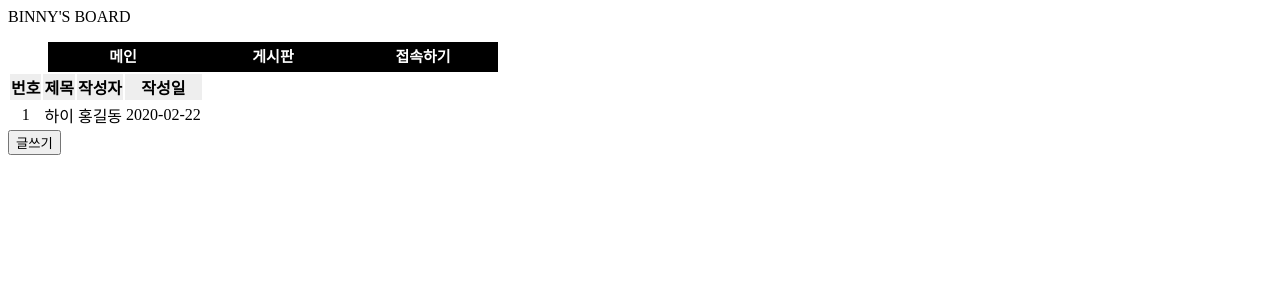
Repository: myunbongs/JSP_study
Page: http://localhost/BBS/bbs.jsp
The author's editor kept a copy of each file at every save. The page is drawn from the files as they stood at one save, then again after the next save.
The browser window is 1280 px wide. The pictures show the whole page.
The page is served by Tomcat 9. Other server files are loaded and not shown. Queries for data that is not in the repository find no rows.

Above is the page before, as saved 2021-02-24 11:51:13.

### JSP/projects/BBS/WebContent/bbs.jsp
<%@ page language="java" contentType="text/html; charset=UTF-8"
    pageEncoding="UTF-8"%>
<%@ page import="java.io.PrintWriter" %>
<%@ page import="bbs.BbsDAO" %>
<%@ page import="bbs.Bbs" %>
<%@ page import="java.util.ArrayList" %>


<!DOCTYPE html>
<html>
<head>
<meta charset="UTF-8">
<title>BINNY'S BOARD</title>
<style>
	#navbar {
		height: 30px;
		width: 850px;
	}
	#navbar ul li {
		list-style: none;
		color: white;
		background-color: black;
		float: left;
		line-height: 30px;
		vertical-align: middle; /* 잘 모르겠구만 */
		text-align: center;
	}
	#navbar .link {
		text-decoration: none;
		color: white;
		display: block;
		width: 150px;
		font-size: 15px;
		font-weight: bold;
	}

	#navbar .link:hover {
		color: black;
		background-color: white;
	}

	#navbar .dropdown {
		position: absolute;
		display: none;
	}

	#navbar li:hover ul  {
		display: block;
	}

	#navbar ul li li {
		float: none;
		width: 150px;
	}

</style>
</head>
<body>
	<%
	String userID = null;
	if (session.getAttribute("userID") != null ) {
		userID = (String) session.getAttribute("userID");
	}
	%>
BINNY'S BOARD
	<nav id="navbar">
		<ul>
			<li><a class="link" href="main.jsp">메인</a></li>
			<li class="active"><a class="link" href="bbs.jsp">게시판</a></li>
		</ul>
		<%
			if ( userID == null ) {		//login이 되어있지 않은 사람만 접속하기가 뜨도록
		%>

		<ul>
			<li>
			<a class="link" href="#">접속하기</a>
          		<ul class="dropdown">
            		<li><a class="link" href="login.jsp">로그인</a></li>
            		<li><a class="link" href="join.jsp">회원가입</a></li>
          		</ul>
          	</li>
		</ul>

		<%
			} else {	//login이 된 사람이 볼 수 있는
		%>
			<ul>
			<li>
			<a class="link" href="#">회원관리</a>
          		<ul class="dropdown">
            		<li><a class="link" href="logoutAction.jsp">로그아웃</a></li>
          		</ul>
          	</li>
		</ul>
		<%
			}
		%>
	</nav>

	<div class=container>
		<div class="row">
			<table style="text-align: center; border: 1px slid #dddddd">
				<thead>
					<tr>
						<th style="background-color: #eeeeee; text-align: center;">번호</th>
						<th style="background-color: #eeeeee; text-align: center;">제목</th>
						<th style="background-color: #eeeeee; text-align: center;">작성자</th>
						<th style="background-color: #eeeeee; text-align: center;">작성일</th>
					</tr>
				</thead>
				<tbody>
					<tr>
						<td>1</td>
						<td>하이</td>
						<td>홍길동</td>
						<td>2020-02-22</td>
					</tr>
				</tbody>
			</table>
			<button type="button" onclick="location.href='write.jsp' ">글쓰기</button>
		</div>
	</div>

</body>
</html>

### JSP/projects/BBS/src/bbs/BbsDAO.java
package bbs;

import java.sql.Connection;
import java.sql.DriverManager;
import java.sql.PreparedStatement;
import java.sql.ResultSet;
import java.util.ArrayList;

public class BbsDAO {
	private Connection conn;
	private ResultSet rs;

	// 실제 mysql에 접속하는 부분
	public BbsDAO() {
		try {
			String dbURL = "jdbc:mysql://localhost:3306/BBS?characterEncoding=UTF-8&serverTimezone=UTC";
			String dbID = "user";
			String dbPassword = "001030";
			Class.forName("com.mysql.cj.jdbc.Driver"); // mysql driver 찾기 (mysql에 접속을 돕는 매개체 드라이브 라이브러리)
			conn = DriverManager.getConnection(dbURL, dbID, dbPassword);
		} catch (Exception e) {
			e.printStackTrace();
		}
	}

	//글쓰기를 위해 세 가지 함수가 필요함!
	public String getDate() {	// 오늘 날짜 반환
		String SQL = "SELECT NOW()";
		try {
			PreparedStatement pstmt = conn.prepareStatement(SQL);
			rs = pstmt.executeQuery();
			if ( rs.next() ) {
				return rs.getString(1);	// 현재 날짜 반환
			}
		} catch (Exception e) {
			e.printStackTrace();
		}
		return ""; //데이터베이스 오류
	}

	public int getNext() {	// 글번호 1씩 더해서 매기는 함수
		String SQL = "SELECT bbsID FROM BBS ORDER BY bbsID DESC"; // 내림차순해서 가장 마지막에 쓰인 글번호 가져오기
		try {
			PreparedStatement pstmt = conn.prepareStatement(SQL);
			rs = pstmt.executeQuery();
			if ( rs.next() ) {
				return rs.getInt(1) + 1;
			}
			return 1; //첫 번째 게시물인 경우
		} catch (Exception e) {
			e.printStackTrace();
		}
		return -1; //데이터베이스 오류
	}

	public int write(String bbsTitle, String userID, String bbsContent) {
		String SQL = "INSERT INTO BBS VALUES (?, ?, ?, ?, ?, ?)"; // 내림차순해서 가장 마지막에 쓰인 글번호 가져오기
		try {
			PreparedStatement pstmt = conn.prepareStatement(SQL);
			pstmt.setInt(1, getNext());	// 다음번에 쓰여야 할 게시글 번호
			pstmt.setString(2, bbsTitle);
			pstmt.setString(3, userID);
			pstmt.setString(4, getDate());
			pstmt.setString(5, bbsContent);
			pstmt.setInt(6, 1);		// 작성된 글은 보여져야하니 bbsAvailable는 1로!
			return pstmt.executeUpdate();
		} catch (Exception e) {
			e.printStackTrace();
		}
		return -1; //데이터베이스 오류
	}

	// 페이지 당 총 10 개 글 가져오기
	public ArrayList<Bbs> getList(int pageNumber) { // 리스트 반환
		String SQL = "SELECT * FROM BBS WHERE bbsID < ? AND bbsAvailable = 1 ORDER BY bbsID DESC LIMIT 10"; // 위에서 10개까지만 삭제가 되지 않은 글만 가져오기
		ArrayList<Bbs> list = new ArrayList<Bbs>(); // Bbs class에서 생성될 인스턴스를 보관할 list
		try {
			PreparedStatement pstmt = conn.prepareStatement(SQL);
			pstmt.setInt(1, getNext() - (pageNumber - 1) * 10);
			rs = pstmt.executeQuery();
			while (rs.next()) {
				Bbs bbs = new Bbs();
				bbs.setBbsID(rs.getInt(1));
				bbs.setBbsTitle(rs.getString(2));
				bbs.setUserID(rs.getString(3));
				bbs.setBbsDate(rs.getString(4));
				bbs.setBbsContent(rs.getString(5));
				bbs.setBbsAvailable(rs.getInt(6));
				list.add(bbs);
			}
		} catch (Exception e) {
			e.printStackTrace();
		}
		return list; //데이터베이스 오류
	}

	public boolean nextPage(int pageNumber) {
		String SQL = "SELECT * FROM BBS WHERE bbsID < ? AND bbsAvailable = 1 ORDER BY bbsID DESC LIMIT 10"; // 위에서 10개까지만 삭제가 되지 않은 글만 가져오기
		try {
			PreparedStatement pstmt = conn.prepareStatement(SQL);
			pstmt.setInt(1, getNext() - (pageNumber - 1) * 10);
			rs = pstmt.executeQuery();
			if (rs.next()) {
				return true;
			}
		} catch (Exception e) {
			e.printStackTrace();
		}
		return false; //데이터베이스 오류
	}
}

After the next save:
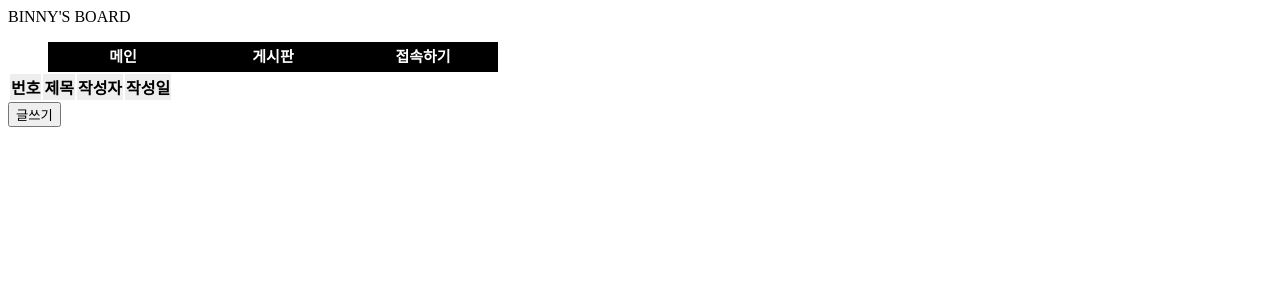
Saved 38 min 45 s later.
--- a/JSP/projects/BBS/WebContent/bbs.jsp
+++ b/JSP/projects/BBS/WebContent/bbs.jsp
@@ -61,6 +61,10 @@
 	if (session.getAttribute("userID") != null ) {
 		userID = (String) session.getAttribute("userID");
 	}
+	int pageNumber = 1; //기본 페이지
+	if ( request.getParameter("pageNumber") != null ) {
+		pageNumber = Integer.parseInt(request.getParameter("pageNumber"));
+	}
 	%>
 BINNY'S BOARD
 	<nav id="navbar">
@@ -110,12 +114,20 @@ BINNY'S BOARD
 					</tr>
 				</thead>
 				<tbody>
+					<%
+						BbsDAO bbsDAO = new BbsDAO();
+						ArrayList<Bbs> list = bbsDAO.getList(pageNumber);
+						for ( int i = 0; i < list.size(); i++ ) {
+					%>
 					<tr>
-						<td>1</td>
-						<td>하이</td>
-						<td>홍길동</td>
-						<td>2020-02-22</td>
+						<td><%= list.get(i).getBbsID() %></td>
+						<td><a href="view.jsp?bbsID=<%=list.get(i).getBbsID()%>"><%= list.get(i).getBbsTitle() %></a></td>
+						<td><%= list.get(i).getUserID() %></td>
+						<td><%= list.get(i).getBbsDate().substring(0, 11) + list.get(i).getBbsDate().substring(11, 13) + "시" +  list.get(i).getBbsDate().substring(14, 16) + "분" %> </td>
 					</tr>
+					<% }
+					%>
+
 				</tbody>
 			</table>
 			<button type="button" onclick="location.href='write.jsp' ">글쓰기</button>
